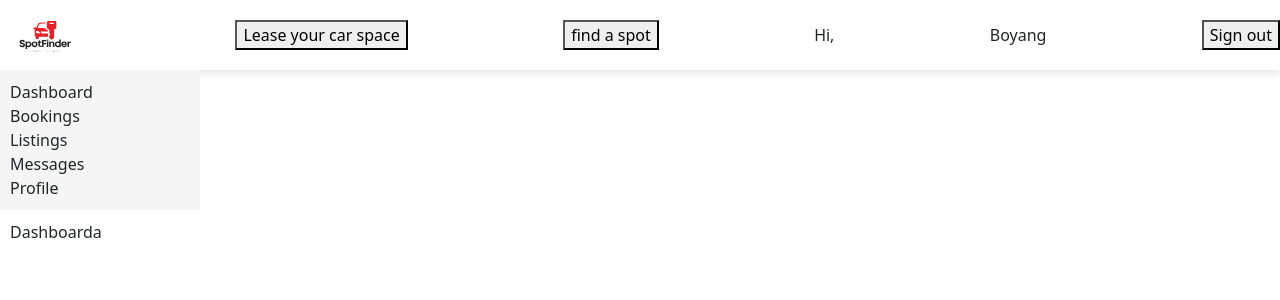
Repository: UNSWSpotFinder/SpotFinder
Page: /dashboard (app in frontend/)
The author's editor kept a copy of each file at every save. The page is drawn from the files as they stood at one save, then again after a run of saves.
The browser window is 1280 px wide. The pictures show the whole page.
The project was rebuilt for these pictures with package versions that can differ from the ones it lists, and the page was loaded fresh each time. Also part of the build but not shown: frontend/src/Login.css, frontend/src/Login.jsx, frontend/src/Regist.css, frontend/src/Regist.jsx, frontend/src/HomePage.jsx, frontend/src/App.css, frontend/src/components/Bookings.jsx, frontend/src/components/Listings.jsx and 2 more.

Above is the page before, as saved 2024-03-09 18:56:26.

### frontend/src/App.jsx
import logo from './logo.svg';
import React, {
  useState,
  useEffect,
  useRef,
  ChangeEvent,
  LabelHTMLAttributes,
  createContext,
  useContext,
  ReactNode,
} from 'react';
import {HomePageLarge,HomePageAdminSmall,HomePageAdminLarge,HomePageSmall} from './HomePage';
import { ErrorProvider, GlobalSnackbar, ErrorContext } from './API';
import { BrowserRouter, Routes, Route, Link } from 'react-router-dom';
import './App.css';

// 导入Dashboard相关页面组件
import DashboardTop from './components/DashboardTop';
import Dashboard from './components/Dashboard';
import Bookings from './components/Bookings';
import Listings from './components/Listings';
import Profile from './components/Profile';
import Messages from './components/Messages';

function App() {
  const [windowWidth, setWindowWidth] = useState(window.innerWidth);
  useEffect(() => {
    // 添加一个事件监听器，以便在窗口大小改变时更新windowWidth状态
    const handleResize = () => {
      setWindowWidth(window.innerWidth);
    };
    window.addEventListener('resize', handleResize);
    // 清除事件监听器以避免内存泄漏
    return () => {
      window.removeEventListener('resize', handleResize);
    };
  }, []);
  let layoutComponentHost;
  let LayoutComponentHome;
  let LayoutDetail;
  if (windowWidth > 760) {
    layoutComponentHost = null;
    LayoutComponentHome = <HomePageLarge/>;
    LayoutDetail = null;
  } else {
    layoutComponentHost = null;
    LayoutComponentHome = <HomePageSmall/>;;
    LayoutDetail = null;
  }
  return(
    <ErrorProvider>
      <GlobalSnackbar/>
        <BrowserRouter>
          <Routes>
            <Route path="/user/*" element={LayoutComponentHome} />
            {/* DashboardTop作为父路由 */}
            <Route path="/dashboard" element={<DashboardTop />}>
            <Route index element={<Dashboard />} />
            <Route path="bookings" element={<Bookings />} />
            <Route path="listings" element={<Listings />} />
            <Route path="messages" element={<Messages />} />
            <Route path="profile" element={<Profile />} />
          </Route>
            {/* Keep the wildcard route to catch all and render Home */}
            <Route path="/*" element={LayoutComponentHome} />
          </Routes>
        </BrowserRouter>
    </ErrorProvider>
  )
}

export default App;

### frontend/src/API.jsx
import Alert from '@mui/material/Alert';
import Snackbar from '@mui/material/Snackbar';
import Button from '@mui/material/Button';
import Stack from '@mui/material/Stack';
import React, { useState, useEffect, createContext,useContext } from 'react';

import { styled } from '@mui/material';
const port = '8080';
export const meetErrorLog = (error) => {
    console.log(error);
    let errorText = '';
    // switch case to show the error
    switch (error) {
      case 'info':
        errorText = 'Invalid username or password !';
        break;
      case 'access':
        errorText = 'No permission, please log in first!';
        break;
      default:
        errorText = 'Network error! Please try again.';
        break;
    }
    return errorText;
  };
export const ErrorContext = createContext({
    snackbarData: { severity: 'info', message: '1',timestamp: new Date().getTime()},
    setOpenSnackbar: () => {}, // 提供一个空函数避免调用时出错
  });
export const useError = () => useContext(ErrorContext);
export const ErrorProvider = ({ children }) => {
  const [snackbarData, setSnackbarData] = useState({
    severity: 'success',
    message: '',
    timestamp: new Date().getTime()
  });
  const setOpenSnackbar = (data) => {
    setSnackbarData(data);
  };
  return (
    <ErrorContext.Provider value={{snackbarData,setOpenSnackbar}}>
      {children}
    </ErrorContext.Provider>
  );
};
// The message to be displayed in the Snackbar
export const GlobalSnackbar = () => {
const { snackbarData, setOpenSnackbar } = useError();
// State to manage the visibility of the Snackbar
const [open, setOpen] = useState(false);
  useEffect(() => {
    console.log('Alert severity:', snackbarData.severity);
    console.log('Alert :', snackbarData.message);
    if (snackbarData.message) {
      setOpen(true);
    }
  }, [snackbarData.message, snackbarData.timestamp]);

  const handleClose = (event, reason) => {
    if (reason === 'clickaway') {
      return;
    }
    setOpen(false);
  };

return (
    // Snackbar component with automatic hiding and custom styling
    <Snackbar open={open} autoHideDuration={6000} onClose={handleClose}>
        <Alert onClose={handleClose} severity={snackbarData.severity}>
        {snackbarData.message}
        </Alert>
  </Snackbar>
);
};
export const callAPIsendEmailCode = (path,input)=>{
    return new Promise((resolve, reject) =>{
        fetch('http://localhost:'+String(port)+'/'+String(path),{
        method:'POST',
        headers: { 'Content-Type': 'application/json' },
        body:JSON.stringify(input),
        })
        .then((response)=>{
            if(response.ok){
                console.log('success');
                console.log(response);
                return resolve(response);
            }
            else if (response.status===400){
                const errorReason = 'Email not correct!';
                return reject(errorReason);
            }
            else{
                const errorReason = 'There is a problem with the network connection!';
                return reject(errorReason);
            }
        })
        .catch((error)=>{
            console.log(error);
        })
    })

}
export const callAPIverifyEmailCode = (path,input)=>{
    return new Promise((resolve, reject) =>{
        console.log(input);
        console.log('http://localhost:'+String(port)+'/'+String(path));
        fetch('http://localhost:'+String(port)+'/'+String(path),{
        method:'POST',
        headers: { 'Content-Type': 'application/json' },
        body:JSON.stringify(input),
        })
        .then((response)=>{
            if(response.ok){
                console.log('success');
                return resolve(response.json());
            }
            else if (response.status===400){
                const errorReason = 'Incorrect verification code.';
                return reject(errorReason);
            }
            else{
                const errorReason = 'There is a problem with the network connection!';
                return reject(errorReason);
            }
        })
        .catch((error)=>{
            console.log(error);
        })
    })

}
export const callAPIloginUser=(path,input)=>{

}
// 用户注册
export const callAPIRegistUser=(path,input)=>{
     return new Promise((resolve, reject) =>{
        console.log(input);
        console.log('http://localhost:'+String(port)+'/'+String(path));
        fetch('http://localhost:'+String(port)+'/'+String(path),{
        method:'POST',
        headers: { 'Content-Type': 'application/json' },
        body:JSON.stringify(input),
        })
        .then((response)=>{
            if(response.ok){
                console.log('success');
                return resolve(response.json());
            }
            else if (response.status===417){
                const errorReason = 'This email has been registed!';
                return reject(errorReason);
            }
            else{
                const errorReason = 'There is a problem with the network connection!';
                return reject(errorReason);
            }
        })
        .catch((error)=>{
            console.log(error);
        })
    })
}
// 用户登录
export const callAPILoginUser=(path,input)=>{
    return new Promise((resolve, reject) =>{
       console.log(input);
       console.log('http://localhost:'+String(port)+'/'+String(path));
       fetch('http://localhost:'+String(port)+'/'+String(path),{
       method:'POST',
       headers: { 'Content-Type': 'application/json' },
       body:JSON.stringify(input),
       })
       .then((response)=>{
           if(response.ok){
               console.log('success');
               return resolve(response.json());
           }
           else if (response.status===401){
               const errorReason = 'Username does not exist or password is incorrect!';
               return reject(errorReason);
           }
           else{
               const errorReason = 'There is a problem with the network connection!';
               return reject(errorReason);
           }
       })
       .catch((error)=>{
           console.log(error);
       })
   })
}
// 密码修改
export const callAPIResetPwdUser=(path,input)=>{
    return new Promise((resolve, reject) =>{
       console.log(input);
       console.log('http://localhost:'+String(port)+'/'+String(path));
       fetch('http://localhost:'+String(port)+'/'+String(path),{
       method:'POST',
       headers: { 'Content-Type': 'application/json' },
       body:JSON.stringify(input),
       })
       .then((response)=>{
           if(response.ok){
               console.log('success');
               return resolve(response.json());
           }
           else if (response.status===401){
               const errorReason = 'Username does not exist or password is incorrect!';
               return reject(errorReason);
           }
           else{
               const errorReason = 'There is a problem with the network connection!';
               return reject(errorReason);
           }
       })
       .catch((error)=>{
           console.log(error);
       })
   })
}

### frontend/src/components/DashboardTop.jsx
import React from 'react';
import { Outlet } from 'react-router-dom';
import './DashboardTop.css';

const DashboardTop = () => {
  return (
    <div className="dashboard-top">
      <div className="Navbar">
        {/* Logo图像 */}
        <img src='/img/LOGO.svg' className='Applogo'></img>
        {/* 搜索区域 */}
        <button>Lease your car space</button>
        <button>find a spot</button>
        <span>Hi, </span>
        <span>Boyang </span>
        <button>Sign out</button>
      </div>
      <div className="content-area">
        <div className="side-nav">
          <div>Dashboard</div>
          <div>Bookings</div>
          <div>Listings</div>
          <div>Messages</div>
          <div>Profile</div>
        </div>
        <div className="main-content">
          <Outlet />
        </div>
      </div>
    </div>
  );
};

export default DashboardTop;

### frontend/src/components/Dashboard.jsx
import React from 'react';
import DashboardTop from './DashboardTop';

const Dashboard = () => {
  // 组件的状态和逻辑

  return (
    <div className='Dashboard'>
      {/* 组件的JSX结构 */}
      Dashboarda
    </div>
  );
}

export default Dashboard;

### frontend/src/HomePage.css
.HomeOverall {
    width: 100%;
    height: 100%;
    margin: 0px;
    padding: 0px;
    display: flex;
    flex-direction: column;
    align-items: center;
}
div.Navbar{
    width: 100%;
    height: 70px;
    margin: 0px 0px 0px 0px;
    padding: 0px 10px 0px 0px;
    display: flex;
    align-items: center;
    justify-content: space-between;
    box-shadow: 0px 0px 10px 0px rgba(164, 164, 164, 0.5);
}
div.SearchPart{
    width: calc(100% - 520px);
    min-width: 200px;
    height: 100%;
    margin: 0px;
    padding: 0px;
    display: flex;
    justify-content: center;
    align-items: center;
    align-content: center;
    flex-direction: row;
}
div.SearchPartsmall{
    width: calc(100% - 320px);
    height: 100%;
    margin: 0px;
    padding: 0px;
    display: flex;
    justify-content: center;
    align-items: center;
    align-content: center;
    flex-direction: row;
}
input.Searchbar{
    width: 100%;
    border-radius: 25px;
    padding-left: 13px;
    height: 45%;
    border: 0px;
    transition: box-shadow 0.3s;
    box-shadow: 0px 1px 5px 1px rgba(170, 170, 170, 0.5);
    position: relative;
    font-size: 12px;
    font-family:Arial, Helvetica, sans-serif;
}
input.Searchbar::placeholder{
    color: rgb(200, 200, 200);
}
img.searchbtn{
    border-radius: 20px;
    width: 20px;
    height: 20px;
    margin: 0px 0px 0px 10px;
    padding: 5px;
    right: 475px;
    position: absolute;
    z-index: 1;
    background-color: rgb(210, 0, 0);
    cursor: pointer;
}
img.searchbtnsmall{
    border-radius: 20px;
    width: 20px;
    height: 20px;
    margin: 0px;
    padding: 5px;
    right: 260px;
    position: absolute;
    z-index: 1;
    background-color: rgb(210, 0, 0);
    cursor: pointer;
}
input.Searchbar:hover{
    box-shadow: 0px 1px 10px 1px rgba(164, 164, 164, 0.5);
}
img.searchbtn:hover + .Searchbar {
    box-shadow: 0px 1px 10px 1px rgba(164, 164, 164, 0.5);
}
img.searchbtnsmall:hover + .Searchbar {
    box-shadow: 0px 1px 10px 1px rgba(164, 164, 164, 0.5);
}
button.newspace{
    border-radius: 30px;
    min-width: 200px;
    max-width: 200px;
    font-weight: bold;
    border: 0px;
    margin-left: 20px;
    height: 50%;
    background-color: rgb(250, 250, 250);
    border: 1px solid rgb(230, 230, 230);
    color: rgb(114, 114, 114);
    transition: 0.3s;
    font-size: 12px;
    cursor: pointer;
}
button.newspace:hover{
    color: rgb(0, 0, 0);
    background-color: rgb(230, 230, 230);
}
div.signwarper{
    margin: 0px 10px 0px 0px;
    height: 100%;
    display: flex;
    align-items: center;
}
button.sign{
    border-radius: 5px;
    width: 100px;
    font-weight: bold;
    border: 0px;
    margin-left:15px;
    height: 50%;
    background-color: rgb(255, 255, 255);
    border: 1px solid rgb(0, 0, 0);
    transition: 0.3s;
    font-size: 12px;
    cursor: pointer;
}
button.sign:hover{
    background-color: rgb(230, 230, 230);
}
input:focus {
    outline: none;
}
img.Applogo{
    height: 100%;
    margin: 0px 0px 0px 10px;
}
p.image-container-title{
    font-weight: 800;
    font-family: Arial;
    position: absolute;
    top: calc(10vw); /* 根据需要调整 */
    left: 5%; /* 根据需要调整 */
    width: 60%;
    color: rgb(0, 0, 0); /* 文字颜色 */
}
p.image-container-title-small{
    font-weight: 800;
    font-size: 20px;
    font-family: Arial;
    position: absolute;
    top: calc(15vw); /* 根据需要调整 */
    left: 5%; /* 根据需要调整 */
    width: 60%;
    color: rgb(0, 0, 0); /* 文字颜色 */
}
p.image-container-sub{
    font-weight: 400;
    font-family: Arial;
    position: absolute;
    left: 5%; /* 根据需要调整 */
    color: rgb(0, 0, 0); /* 文字颜色 */
}
p.image-container-sub-small{
    font-size: 12px;
    font-weight: 400;
    width: 44%;
    top: calc(28vw);
    font-family: Arial;
    position: absolute;
    left: 5%; /* 根据需要调整 */
    color: rgb(0, 0, 0); /* 文字颜色 */
}
p.image-container-txt{
    font-weight: 200;
    font-family: Arial;
    position: absolute;
    left: 5%; /* 根据需要调整 */
    width: 40%;
    color: rgb(0, 0, 0); /* 文字颜色 */
}
p.image-container-txt-small{
    font-size: 12px;
    font-weight: 400;
    width: 40%;
    top: calc(42vw);
    font-weight: 200;
    font-family: Arial;
    position: absolute;
    left: 5%; /* 根据需要调整 */
    color: rgb(0, 0, 0); /* 文字颜色 */
}
@media (max-width: 1200px) {
    p.image-container-sub{
        font-size: 19.0px;
        top: calc(25vw); /* 根据需要调整 */
        width: 45%;
    }
    p.image-container-txt{
        font-size: 20px;
        top: calc(40vw); /* 根据需要调整 */
    }
    p.image-container-title{
        font-size: 30px;
    }
}
@media (min-width: 1200px) {
    p.image-container-sub{
        font-size: 25px;
        width: 40%;
        top: calc(24vw); /* 根据需要调整 */
    }
    p.image-container-txt{
        font-size: 25px;
        top: calc(38vw); /* 根据需要调整 */
    }
    p.image-container-title{
        font-size: 45px;
    }
}

div.FilterPart{
    height: 80px;
    width: 100%;
    padding: 5px;
    background-color: #f9f9f9;
    display: flex;
    justify-content: space-between;
    align-items:center;
}
div.FilterPart-small{
    height: 155px;
    width: 100%;
    background-color: #f9f9f9;
    display: flex;
    flex-direction: column;
    justify-content: space-between;
    padding: 10px 10px 10px 10px;
    border-bottom: 1px solid rgb(238, 238, 238);
}

div.filter-top{
    display: flex;
    align-items: center;
    justify-content: space-between;
}
div.inner-left{
    display: flex;
    flex-direction: column;
    height: 100%;
    margin-right: 20px;
}
select.mglr{
    margin: 0px 5px 0px 0px;
    width: 10%;
    min-width: 130px;
    height: 70%;
    font-size: 12px;
    border-radius: 20px;
}
select.mglr-s{
    margin: 0px 5px 5px 0px;
    width: 10%;
    min-width: 130px;
    font-size: 12px;
    border-radius: 20px;
}
select.mglr-r{
    margin: 0px 5px 0px 0px;
    width: 10%;
    min-width: 90px;
    height: 70%;
    font-size: 12px;
    border-radius: 20px;
}
select.mglr-s-r{
    margin: 0px 5px 0px 0px;
    width: 100px;
    min-width: 90px;
    height: 70%;
    font-size: 12px;
    border-radius: 20px;
}
.popular{
    background-color: white !important;
    color: black !important;
}
div.pricerange{
    display: flex;
    flex-direction: column;
    height: 100%;
    justify-content: center;
    align-items: center;
    padding: 0px;
    margin: 0px;
    margin-left: 5px;
    align-items: center;
}
label.pricerange{
    font-size: 13px;
    font-weight: 500;
    color: black;
    padding: 0px;
}
input.pricerange{
    width: 50px;
    height: 50%;
    font-size: 14px;
    border-radius: 10px;
    border-width: 1px;
    border-style: solid;
    border-color: rgb(0, 0, 0);
    margin: 0px;
    padding: 0px 5px;
}
label.pricerange-s{
    font-size: 15px;
    font-weight: 500;
    color: black;
    padding: 0px 5px 0px 0px;
}
input.pricerange-s{
    height: 60%;
    width: 60%;
    font-size: 16px;
    border-radius: 10px;
    border-width: 1px;
    border-style: solid;
    border-color: rgb(0, 0, 0);
    margin: 0px 5px 0px 0px;
    padding: 0px 5px;
}
.timechoice{
    width: 20%;
    margin: 0px 5px 0px 0px;
}
.timechoice-s{
    margin: 0px 10px;
    width: 40%;
}
div.hflex{
    display: flex;
    height: 100%;
    align-items: center;
}
button.selectcar{
    width: 140px;
    font-size: 10px;
    height: 50px;
    background-color: black;
    color: white;
    font-weight: 500;
    border: 0px;
    border-radius: 10px;
    transition: 0.3s;
    margin-left: 5px;
}
button.selectcar:hover{
    background-color: rgb(55, 55, 55);
    color: rgb(255, 255, 255);
}
div.marginLR{
    display: flex;
    margin: 0px 5px;
    width: 100%;
}
div.ListingPart{
    width: 100%;
    margin-top: 15px;
    margin-bottom: 15px;
    padding: 0px 0px 0px 10px;
    display: flex;
    flex-wrap: wrap;
}
div.SpaceOverall{
    height: 135px;
    box-shadow: 0px 0px 10px 0px rgba(164, 164, 164, 0.5);
    border-radius: 10px;
    display: flex;
    align-items: center;
    padding: 0px 7px;
    margin: 0px 10px 10px 0px;
}

@media (max-width: 800px) {
    div.SpaceOverall{
        width: calc(100vw - 15px);
        min-width: 385px;
    }
}

@media (max-width: 1200px) and (min-width:800px) {
    div.SpaceOverall{
        width: calc(50vw - 15px);
        min-width: 385px;
    }
}

@media (min-width: 1200px) {
    div.SpaceOverall{
        width: calc(33.33vw - 14px);
    }
}

img.spaceimg{
    border-radius: 12px;
    object-fit: cover;
}
div.info{
    height:90%;
    margin-left:10px ;
    width: 100%;
}
p.space-title{
    padding: 0px;
    margin: 0px;
    font-size: 16px;
    color: #555555;
}
p.space-price{
    padding: 0px;
    margin: 0px;
    font-size: 12px;
    margin-top: 4px;
    color: #7F7F7F;
}
p.space-location{
    padding: 0px;
    margin: 0px;
    font-size: 12px;
    margin-top: 2px;
    color: #7F7F7F;
}
p.space-type{
    padding: 0px;
    margin: 0px;
    font-size: 12px;
    margin-top: 2px;
    color: #7F7F7F;
    margin-bottom: 2px;
}
div.order-part{
    display: flex;
    margin-top: 7px;
}
img.order-times{
    width: 20px;
    height: 20px;
}
p.times{
    padding: 0px;
    margin: 0px 0px 0px 3px;
    font-size: 13px;
    color: #7F7F7F;
}
div.right-top{
    display: flex;
    flex-direction: row;
    justify-content: space-between;
    width: 100%;
}
div.right-bottom{
    display: flex;
    flex-direction: row;
    justify-content: space-between;
    width: 100%;
    height: 30px;
    margin-bottom: 5px;
}
div.rate-part{
    display: flex;
    justify-content: center;
}
img.rate-img{
    width: 20px;
    height: 20px;
    margin-right: 2px;
}
p.rate-txt{
    color: #333333;
    font-size: 14px;
    margin: 0px;
    padding: 0px;
}
button.specific-info{
    border: 0px;
    background-color:#E22229;
    border-radius: 5px;
    color: white;
    height: 30px;
    width: 180px;
    font-size: 12px;
    font-weight: 500;
    transition: 0.3s;
    margin: 1px 0px;
}
button.specific-info:hover{
    background-color:#ba191e;
}
div.filter-bottom{
    display: flex;
    align-items: center;
    justify-content: space-between;
}

### frontend/src/components/DashboardTop.css
/* DashboardTop.css */

/* 整体布局 */
.dashboard-top {
    display: flex;
    flex-direction: column;
    height: 100vh; /* 使布局填满整个视口高度 */
  }

/* 顶部导航样式 */
div.Navbar{
    width: 100%;
    height: 70px;
    margin: 0px 10px 0px 0px;
    padding: 0px;
    display: flex;
    align-items: center;
    justify-content: space-between;
    box-shadow: 0px 0px 10px 0px rgba(164, 164, 164, 0.5);
  }

img.Applogo{
    height: 100%;
    margin: 0px 0px 0px 10px;
  }





  TODO:
/* 内容区域样式，包含侧边导航和主内容区 */
.content-area {
    display: flex;
    flex-grow: 1; /* 占据剩余空间 */
  }

/* 侧边导航样式 */
.side-nav {
    background-color: #f5f5f5; /* 浅色背景 */
    width: 200px; /* 定宽 */
    padding: 10px; /* 内边距 */
  }

/* 主内容区域样式 */
.main-content {
    flex-grow: 1; /* 占据剩余空间 */
    padding: 10px; /* 内边距 */
  }

Loaded but not shown: frontend/public/index.html (common file); frontend/src/index.js (common file); frontend/src/index.css (common file); frontend/src/reportWebVitals.js (common file)

After the next 2 saves:
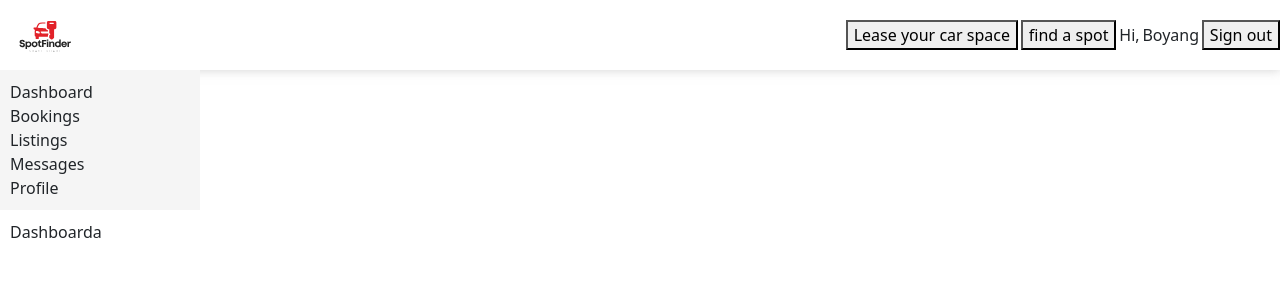
The 2 saves are shown as one change because they came seconds apart.
The last was saved 11 s later.
--- a/frontend/src/components/DashboardTop.jsx
+++ b/frontend/src/components/DashboardTop.jsx
@@ -9,6 +9,11 @@ const DashboardTop = () => {
         {/* Logo图像 */}
         <img src='/img/LOGO.svg' className='Applogo'></img>
         {/* 搜索区域 */}
+        <div className='SearchPart'></div>
+
+
+
+
         <button>Lease your car space</button>
         <button>find a spot</button>
         <span>Hi, </span>
